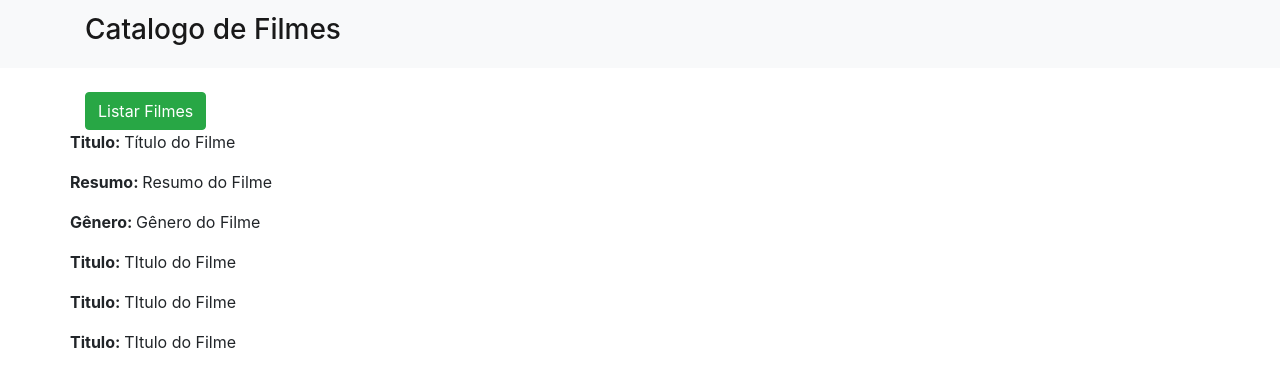
Repository: FredeRibeiro/htdocs-Desenvolvimento-Web-Completo-2019
Page: ajax/filmes.html
These files come from the project's save history. The page is drawn as it stood at one moment and after the next save; the edit follows.
The browser window is 1280 px wide. The pictures show the whole page.

Above is the page before, as saved 2019-10-16 12:37:01.

After the next save:
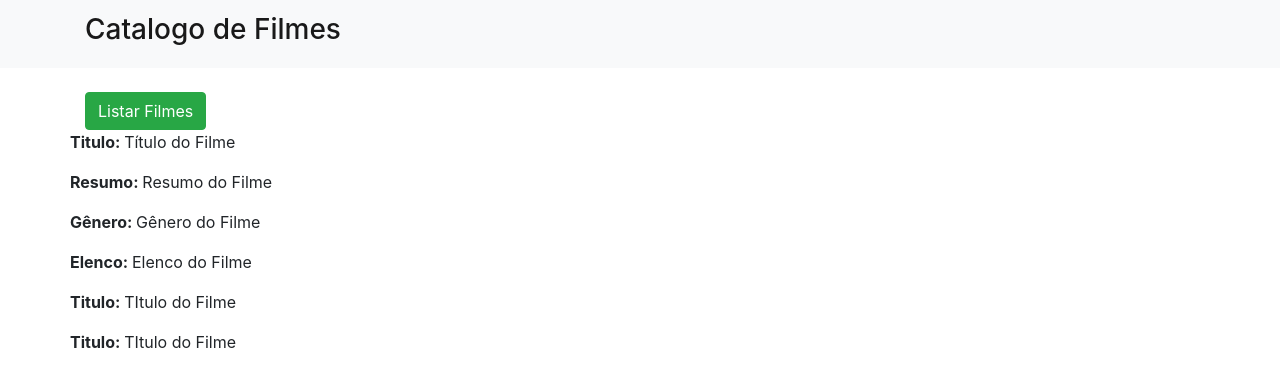
Saved 8 s later.
--- a/ajax/filmes.html
+++ b/ajax/filmes.html
@@ -69,7 +69,7 @@
 				<p><strong>Titulo: </strong>Título do Filme</p>
 				<p><strong>Resumo: </strong>Resumo do Filme</p>
 				<p><strong>Gênero: </strong>Gênero do Filme</p>
-				<p><strong>Titulo: </strong>TItulo do Filme</p>
+				<p><strong>Elenco: </strong>Elenco do Filme</p>
 				<p><strong>Titulo: </strong>TItulo do Filme</p>
 				<p><strong>Titulo: </strong>TItulo do Filme</p>
 			</div>
